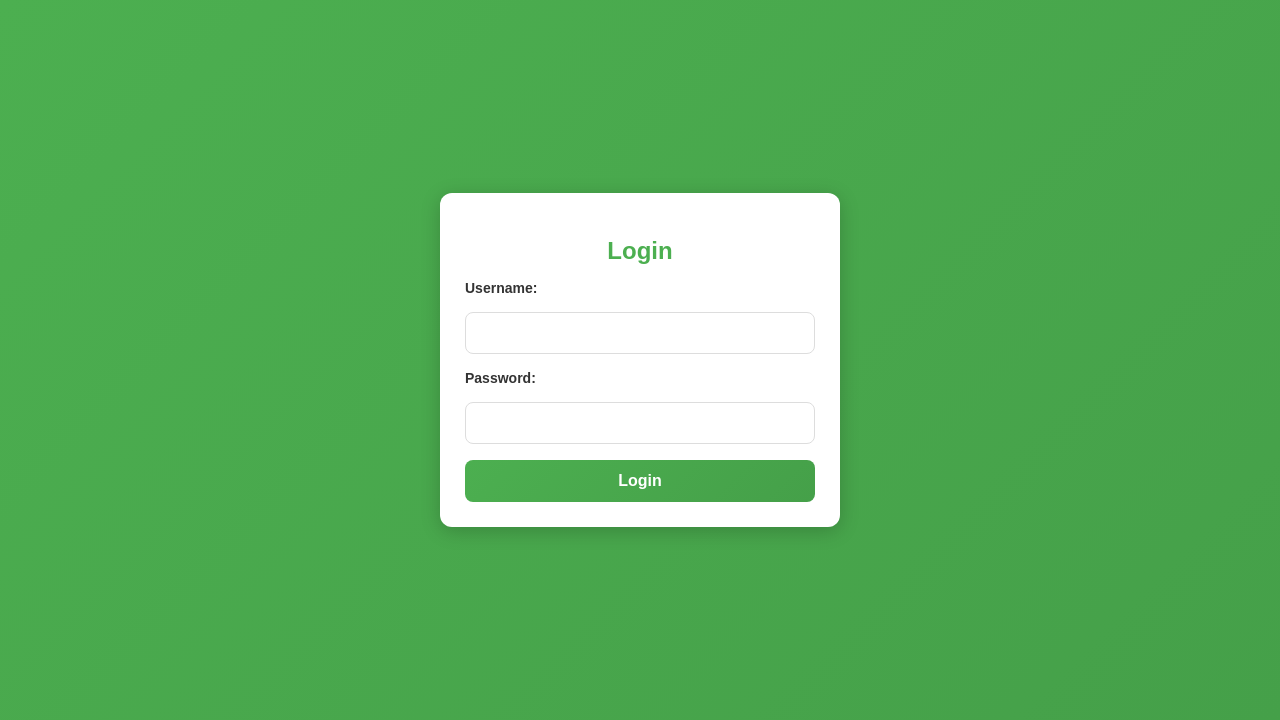
Repository: Loc2804/LTM
Page: http://localhost/RestaurantProject/Login.jsp
The author's editor kept a copy of each file at every save. The page is drawn from the files as they stood at one save, then again after the next save.
The browser window is 1280 px wide. The pictures show the whole page.
The page is served by Tomcat 10.

Above is the page before, as saved 2024-12-07 08:16:51.

After the next save:
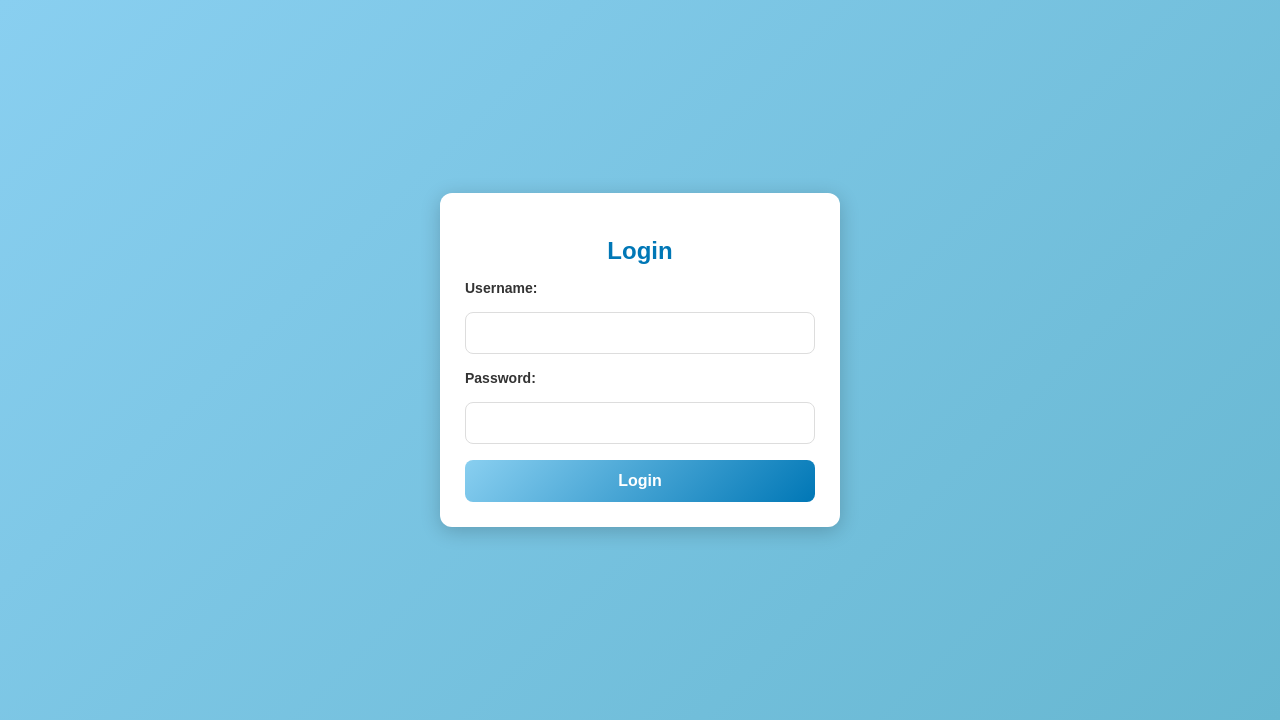
Saved 3 min 4 s later.
--- a/RestaurantProject/src/main/webapp/Login.jsp
+++ b/RestaurantProject/src/main/webapp/Login.jsp
@@ -9,7 +9,7 @@
     <style>
         body {
     font-family: Arial, sans-serif;
-    background: linear-gradient(135deg, #4CAF50, #45a049);
+    background: linear-gradient(135deg, #89CFF0, #67B7D1); /* Màu xanh nước biển nhạt */
     display: flex;
     justify-content: center;
     align-items: center;
@@ -30,7 +30,7 @@
 
 h2 {
     margin-bottom: 15px;
-    color: #4CAF50;
+    color: #0077b6; /* Xanh nước biển đậm */
     font-weight: bold;
 }
 
@@ -54,15 +54,15 @@ label {
 }
 
 .input-field:focus {
-    border-color: #4CAF50;
+    border-color: #0077b6;
     outline: none;
-    box-shadow: 0 0 5px rgba(76, 175, 80, 0.5);
+    box-shadow: 0 0 5px rgba(0, 119, 182, 0.5);
 }
 
 .btn {
     width: 100%;
     padding: 12px;
-    background: linear-gradient(135deg, #4CAF50, #45a049);
+    background: linear-gradient(135deg, #89CFF0, #0077b6); /* Xanh nước biển nhạt đến đậm */
     color: white;
     border: none;
     border-radius: 8px;
@@ -70,9 +70,10 @@ label {
     cursor: pointer;
     font-weight: bold;
     transition: all 0.3s ease;
-    }
-    .btn:hover {
-    background: linear-gradient(135deg, #45a049, #3e8e41);
+}
+
+.btn:hover {
+    background: linear-gradient(135deg, #0077b6, #005f99); /* Tông đậm hơn khi hover */
     box-shadow: 0 4px 8px rgba(0, 0, 0, 0.2);
     transform: translateY(-2px);
 }
@@ -120,8 +121,8 @@ label {
 input[type="text"]:focus, input[type="password"]:focus {
     background-color: #f9f9f9;
     outline: none;
-    border: 1px solid #4CAF50;
-    box-shadow: 0 0 3px rgba(76, 175, 80, 0.4);
+    border: 1px solid #0077b6;
+    box-shadow: 0 0 3px rgba(0, 119, 182, 0.4);
 }
 
 @media (max-width: 768px) {
@@ -135,6 +136,7 @@ input[type="text"]:focus, input[type="password"]:focus {
         padding: 10px;
     }
 }
+
     </style>
 </head>
 <body>
